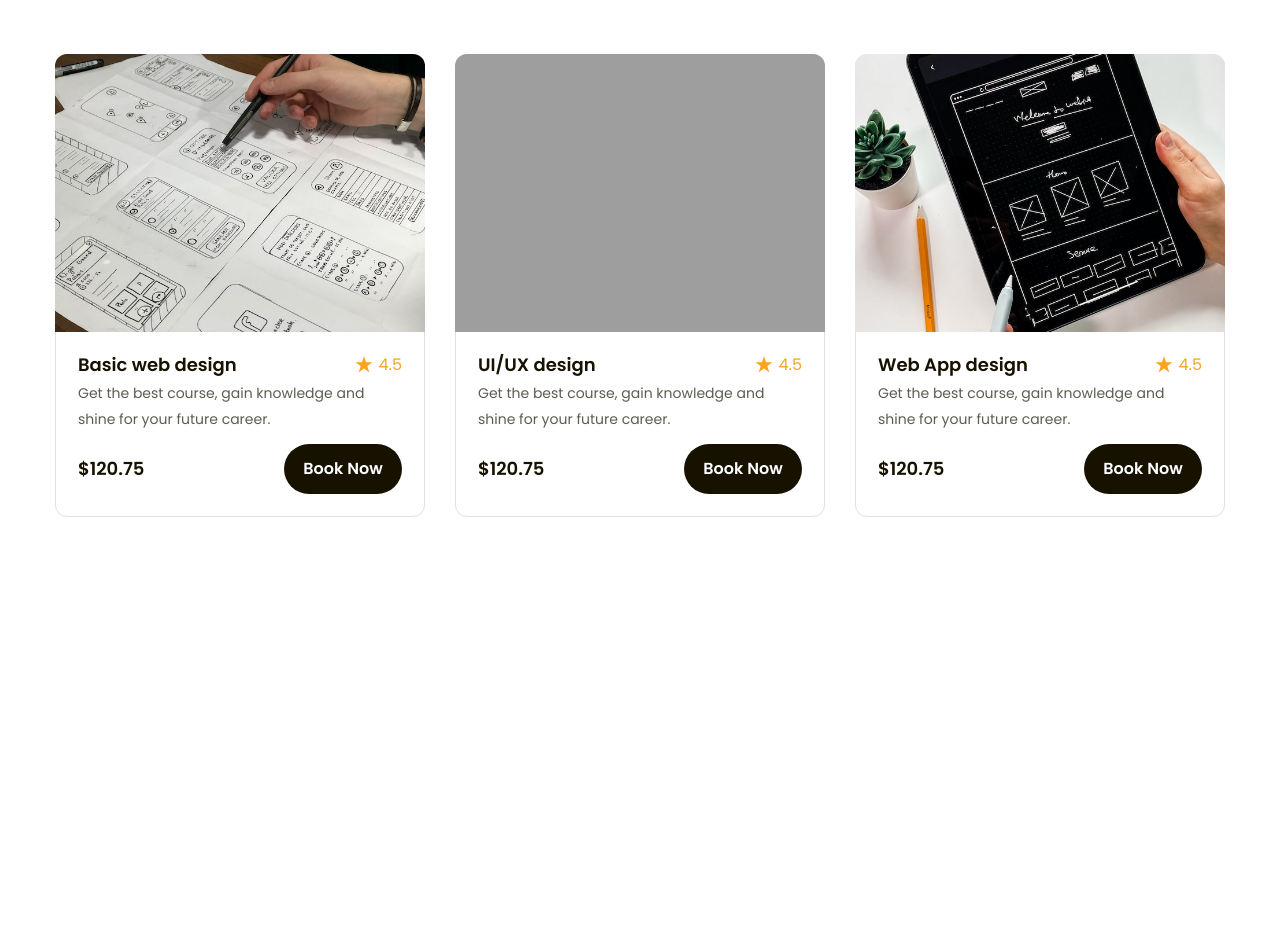
Repository: Tran-Dat/F8-Project-02
Page: index.html
These files come from the project's save history. The page is drawn as it stood at one moment and after the next save; the edit follows.
The browser window is 1280 px wide. The pictures show the part of the page from y = 1225 to 2177 px (the page is 3000 px tall).
Pictures or frames that could not be fetched are drawn as grey boxes. A picture or video elsewhere on the page could not be fetched, so the positions and the page height are approximate.

Above is the page before, as saved 2023-03-31 16:24:52.

After the next save:
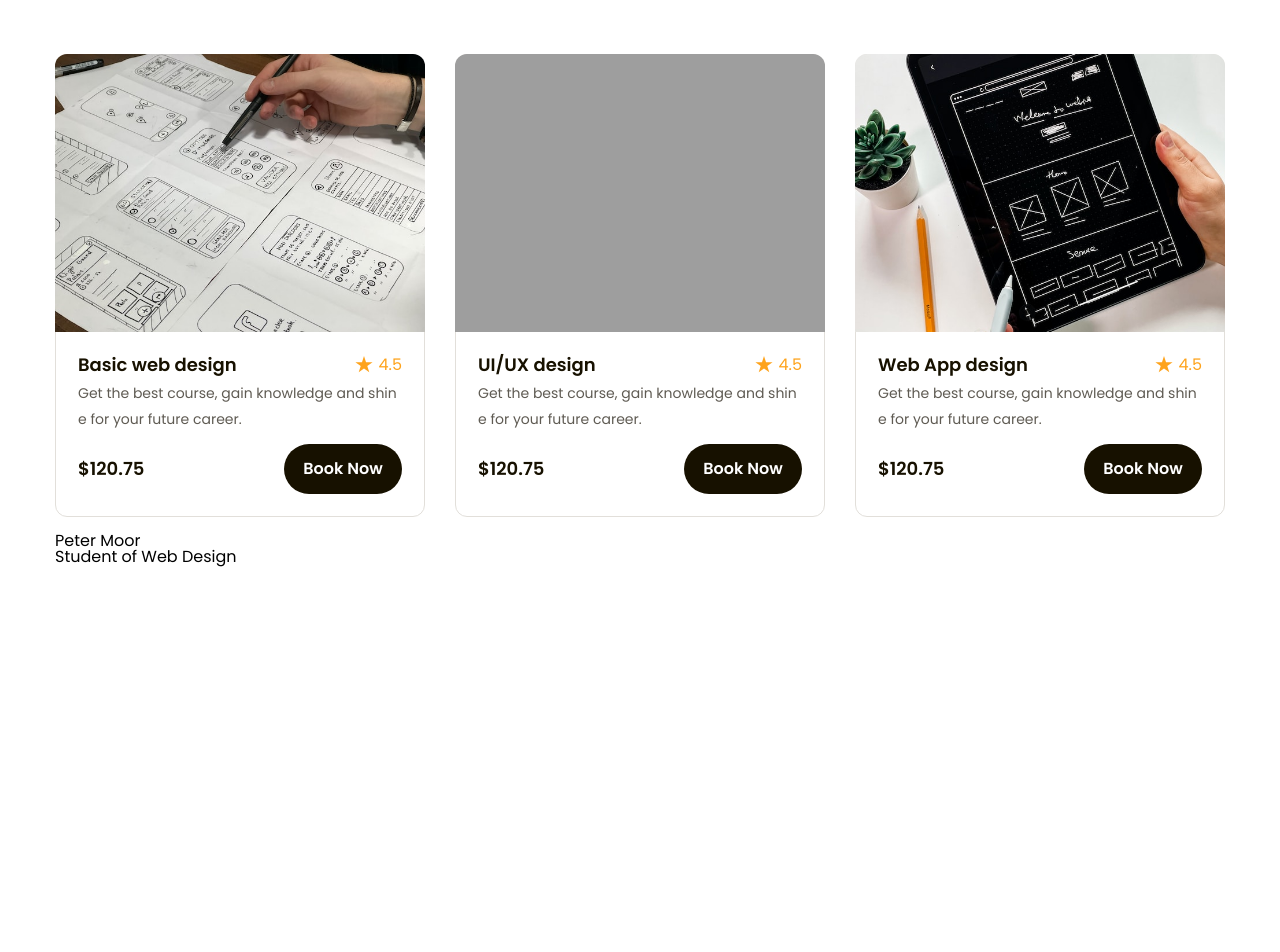
Saved 22 min 29 s later.
--- a/index.html
+++ b/index.html
@@ -210,7 +210,10 @@
                                 <!-- head-info-course -->
                                 <div class="head">
                                     <h3 class="title">
-                                        <a href="#!" class="line-clamp">
+                                        <a
+                                            href="#!"
+                                            class="line-clamp break-all"
+                                        >
                                             Basic web design
                                         </a>
                                     </h3>
@@ -225,7 +228,7 @@
                                 </div>
 
                                 <!-- p-info-course -->
-                                <p class="desc line-clamp line-2">
+                                <p class="desc line-clamp line-2 break-all">
                                     Get the best course, gain knowledge and
                                     shine for your future career.
                                 </p>
@@ -251,7 +254,10 @@
                                 <!-- head-info-course -->
                                 <div class="head">
                                     <h3 class="title">
-                                        <a href="#!" class="line-clamp">
+                                        <a
+                                            href="#!"
+                                            class="line-clamp break-all"
+                                        >
                                             UI/UX design
                                         </a>
                                     </h3>
@@ -266,7 +272,7 @@
                                 </div>
 
                                 <!-- p-info-course -->
-                                <p class="desc line-clamp line-2">
+                                <p class="desc line-clamp line-2 break-all">
                                     Get the best course, gain knowledge and
                                     shine for your future career.
                                 </p>
@@ -292,7 +298,10 @@
                                 <!-- head-info-course -->
                                 <div class="head">
                                     <h3 class="title">
-                                        <a href="#!" class="line-clamp">
+                                        <a
+                                            href="#!"
+                                            class="line-clamp break-all"
+                                        >
                                             Web App design
                                         </a>
                                     </h3>
@@ -307,7 +316,7 @@
                                 </div>
 
                                 <!-- p-info-course -->
-                                <p class="desc line-clamp line-2">
+                                <p class="desc line-clamp line-2 break-all">
                                     Get the best course, gain knowledge and
                                     shine for your future career.
                                 </p>
@@ -316,6 +325,26 @@
                                 <div class="foot">
                                     <span class="price">$120.75</span>
                                     <div class="btn book-btn">Book Now</div>
+                                </div>
+                            </div>
+                        </div>
+                    </div>
+                </div>
+            </div>
+
+            <!-- Feedback -->
+            <div class="feedback">
+                <div class="main-content">
+                    <div class="feedback-list">
+                        <div class="feedback-item">
+                            <div class="info">
+                                <img src="" alt="" class="avatar" />
+                                <p class="title">Peter Moor</p>
+                                <p class="desc">Student of Web Design</p>
+                                <div class="dots">
+                                    <span class="dot"></span>
+                                    <span class="dot"></span>
+                                    <span class="dot"></span>
                                 </div>
                             </div>
                         </div>
